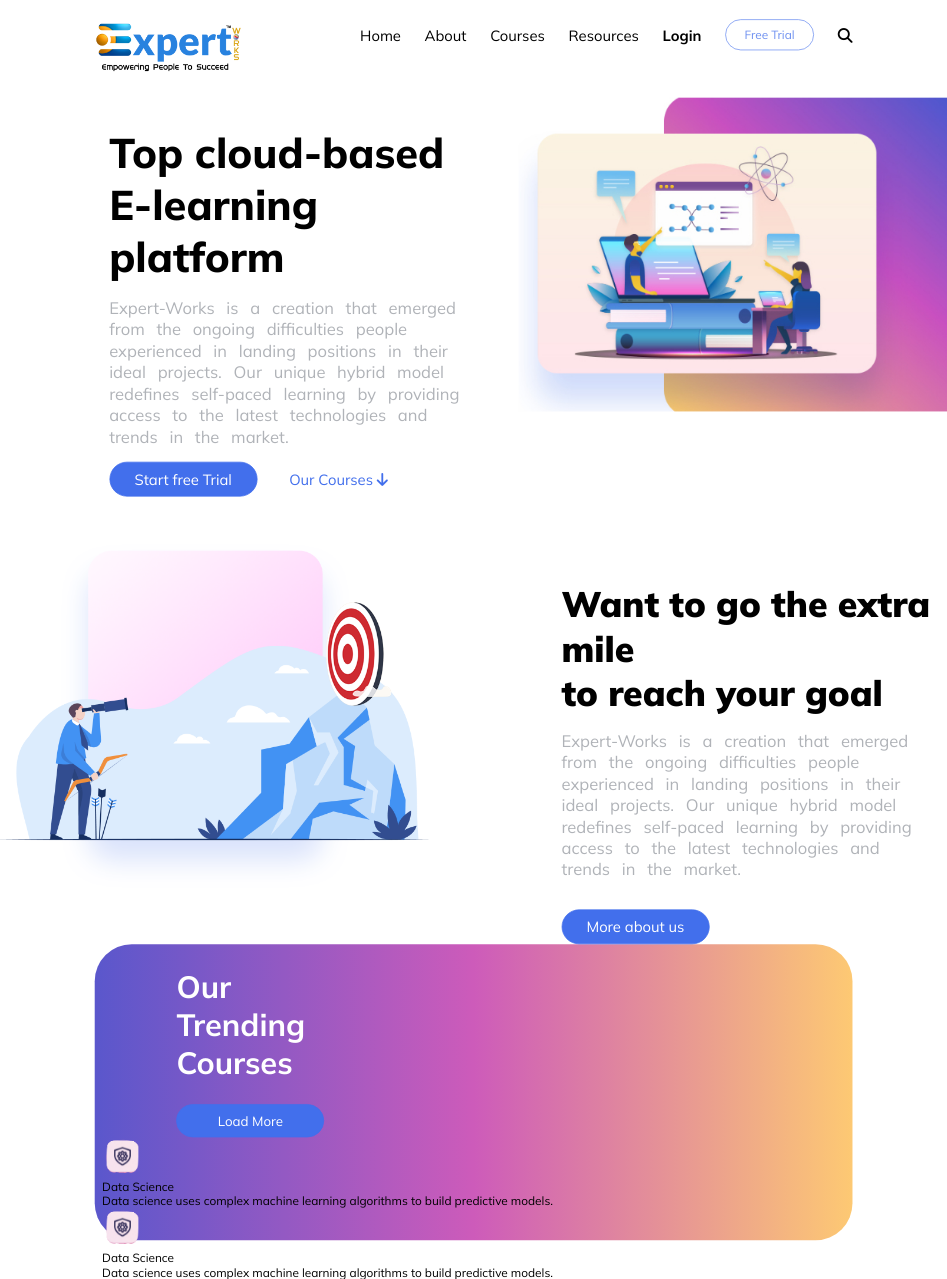
Repository: FlyweisReact/Raghu-B2C
Page: /homePage
These files come from the project's save history. The page is drawn as it stood at one moment and after the next save; the edit follows.
The browser window is 1280 px wide. The pictures show the whole page, at 74% of full size.
Some web libraries are served in a nearby version. The project was rebuilt for these pictures with package versions that can differ from the ones it lists, and the page was loaded fresh each time. Also part of the build but not shown: src/Footer/footer.scss, src/Footer/Footer.jsx, src/component/pages/courses/course.scss, src/component/Navbar/nav.scss, src/component/Navbar/Nav.jsx, src/component/navigation/NavItems.js, src/component/navigation/Dropdown.css, src/component/navigation/Dropdown.js and 43 more.

Above is the page before, as saved 2023-02-03 16:06:12.

### public/index.html
<!DOCTYPE html>
<html lang="en">
  <head>
    <meta charset="utf-8" />
    <link rel="icon" href="%PUBLIC_URL%/favicon.ico" />
    <meta name="viewport" content="width=device-width, initial-scale=1" />
    <meta name="theme-color" content="#000000" />
    <meta
      name="description"
      content="Web site created using create-react-app"
    />
    <link rel="apple-touch-icon" href="%PUBLIC_URL%/logo192.png" />
    <link href="https://fonts.googleapis.com/css2?family=Mulish:ital,wght@0,200;0,300;0,400;0,500;0,600;0,700;0,800;0,900;1,200;1,300;1,400;1,500;1,600;1,700;1,800&display=swap" rel="stylesheet">
    <link rel="manifest" href="%PUBLIC_URL%/manifest.json" />
    <title>Educational Web</title>
  </head>
  <body>
    <noscript>You need to enable JavaScript to run this app.</noscript>
    <div id="root"></div>
    <script src="https://kit.fontawesome.com/b533b351e4.js" crossorigin="anonymous"></script>
  </body>
</html>

### src/index.js
/** @format */

import React from "react";
import ReactDOM from "react-dom";
import { BrowserRouter } from "react-router-dom";
import App from "./App";

ReactDOM.render(
  <React.StrictMode>
    <BrowserRouter>
      <App />
    </BrowserRouter>
  </React.StrictMode>,
  document.getElementById("root")
);

### src/App.js
/** @format */

import { Routes, Route } from "react-router-dom";
import "./App.css";
import "./component/common.scss";
import Courses from "./component/pages/courses/Courses";
import Home from "./component/Home";
import Programs from "./component/pages/Programs/Programs";
import Login from "./component/pages/LoginPage/Login";
import CreateAccount from "./component/pages/CreateAccount/CreateAccount";
import UsertakenCourses from "./component/pages/UserTakenCourses/UsertakenCourses";
import ExploreMore from "./component/pages/morecourses/ExploreMore";
import Forgot from "./component/pages/forgotPassword/Forgot";
import OTP from "./component/pages/otp/OTP";
import Reset from "./component/pages/reset/Reset";
import ViewCourses from "./component/pages/viewCourses/ViewCourses";
import SignUpOtp from "./component/pages/signUpOtp/SignUpOtp"
import MyCourse from "./component/pages/Mycourse/MyCourse";
import MyCourseDesc from "./component/pages/Mycourse/MyCourseDesc";
import FreeTrial from "./component/pages/FreeTrial/FreeTrial";
import Subscription from "./component/pages/FreeTrial/Subscription";
import Billing from "./component/pages/FreeTrial/Billing";
import ThankYOu from "./component/pages/FreeTrial/ThankYOu";
import HomePage from "./HomePage";

function App() {
  const user = false;

  return (
    <div className="App">
      <Routes>
        <Route exect path="/" element={<Login />} />
        <Route exect path="/emailVerify" element={<Forgot />} />
        <Route exect path="/otp" element={<OTP />} />
        <Route exect path="/reset" element={<Reset />} />
        <Route exect path="/cources" element={<Courses />} />
        <Route exect path="/viewCourses" element={<ViewCourses />} />
        <Route exect path="/program" element={<Programs />} />
        <Route exect path="/home" element={<Home user={user} />} />
        <Route exect path="/create-acount" element={<CreateAccount />} />
        <Route exect path="/signUpOtp" element={<SignUpOtp />} />
        <Route exect path="/user" element={<UsertakenCourses />} />
        <Route exect path="/explore" element={<ExploreMore />} />
        <Route exect path="/myCourse" element={<MyCourse />} />
        <Route exect path="/myCourse/:id" element={<MyCourseDesc />} />
        <Route  exect path="/trial" element={<FreeTrial />} />
        <Route  exect path="/subscription" element={<Subscription />} />
        <Route  exect path="/billing" element={<Billing />} />
        <Route  exect path="/thank" element={<ThankYOu />} />
        <Route  exect path="/homePage" element={<HomePage />} />





      </Routes>
    </div>
  );
}

export default App;

### src/App.css
*{
  margin: 0;
  padding: 0;
  box-sizing: border-box;
  font-family: 'Mulish', sans-serif;
}
.hello{
  color:#7ABCFF;
color:  #3284D6;
color:  #D1E8FF;

}

### src/component/common.scss
.links{
    text-decoration: none;
    color: #fff;
    overflow-x: hidden;
}

*{
    // overflow-x: hidden;
    scroll-behavior: smooth;
}

### src/HomePage.js
/** @format */

import React from "react";
import "./HomePage.css";
// Images
import img from "./images/logo.png";
import img1 from './images/1st image.png'
import img2 from './images/2nd image.png'
import img3 from './images/Home.png'
import img4 from './images/icon.png'


const HomePage = () => {
  return (
    <>
      <div className="HomeNewnav">
        <div className="left">
          <img src={img} alt="" />
        </div>
        <div className="right">
          <ul>
            <li>Home</li>
            <li>About </li>
            <li>Courses</li>
            <li>Resources</li>
            <li style={{ fontWeight: "bold" }}>Login</li>
            <button>Free Trial</button>
            <li>
              <i class="fa-solid fa-magnifying-glass"></i>
            </li>
          </ul>
        </div>
      </div>

      <div className="mainSecTwo">
        <div className="left">
          <p className="head">
            Top cloud-based <br /> E-learning platform{" "}
          </p>
          <p className="desc">
            Expert-Works is a creation that emerged from the ongoing
            difficulties people experienced in landing positions in their ideal
            projects. Our unique hybrid model redefines self-paced learning by
            providing access to the latest technologies and trends in the
            market.
          </p>
          <div className="btns">
            <button
              style={{
                backgroundColor: "#426fec",
                color: "#fff",
                width: "200px",
                border: "1px solid #426fec",
                fontSize: "20px",
                borderRadius: "50px",
                padding: "10px",
              }}
            >
              Start free Trial
            </button>
            <button
              style={{
                backgroundColor: "#fff",
                color: "#426fec",
                width: "200px",
                border: "none",
                fontSize: "20px",
                borderRadius: "50px",
                padding: "10px",
              }}
            >
              Our Courses <i class="fa-solid fa-arrow-down"></i>
            </button>
          </div>
        </div>
        <div className="right">
          <img
            src={img3}
            alt=""
          />
        </div>
      </div>

      <div className="mainSecTwo2">
        <div className="left">
          <img
            src={img2}
            alt=""
          />
        </div>
        <div className="right">
          <p className="head">
            Want to go the extra mile <br />
            to reach your goal
          </p>
          <p className="desc">
            Expert-Works is a creation that emerged from the ongoing
            difficulties people experienced in landing positions in their ideal
            projects. Our unique hybrid model redefines self-paced learning by
            providing access to the latest technologies and trends in the
            market.
          </p>
          <div className="btns">
            <button
              style={{
                backgroundColor: "#426fec",
                color: "#fff",
                width: "200px",
                border: "1px solid #426fec",
                fontSize: "20px",
                borderRadius: "50px",
                padding: "10px",
              }}
            >
              More about us
            </button>
          </div>
        </div>
      </div>

      <div className="centerMainDiv">
        <div className="left">
          <p className="head">
            Our <br /> Trending <br /> Courses
          </p>{" "}
          <button
            style={{
              backgroundColor: "#426fec",
              color: "#fff",
              width: "200px",
              border: "1px solid #426fec",
              fontSize: "18px",
              borderRadius: "50px",
              padding: "10px",
              marginTop : '30px'
            }}
          >
           Load More
          </button>
        </div>
        <div className="right">
            <div className="group">
                <div>
                    <img src={img4} alt='' />
                    <p className="head">Data Science</p>
                    <p className="desc">Data science uses complex machine learning algorithms to build predictive models.</p>
                </div>
                <div>
                    <img src={img4} alt='' />
                    <p className="head">Data Science</p>
                    <p className="desc">Data science uses complex machine learning algorithms to build predictive models.</p>
                </div>
            </div>
        </div>
      </div>
    </>
  );
};

export default HomePage;

### src/HomePage.css
/** @format */

.HomeNewnav {
  display: flex;
  justify-content: space-between;
  width: 80%;
  margin-left: 10%;
  margin-top: 2%;
}
.HomeNewnav .left img {
  width: 200px;
}
.HomeNewnav .right ul {
  display: flex;
  gap: 2rem;
}
.HomeNewnav .right ul li {
  list-style: none;
  font-size: 20px;
  margin-top: 10px;
}
.HomeNewnav .right ul button {
  width: 120px;
  font-size: 16px;
  margin-top: 0;
  border: 1px solid #6e90f0;
  color: #6e90f0;
  background-color: #fff;

  padding: 10px;
  border-radius: 50px;
}
.HomeNewnav .right ul li:hover {
  color: #6e90f0;
  cursor: pointer;
}

.mainSecTwo {
  display: flex;
  margin-top: 2%;
  gap: 2rem;
  justify-content: space-between;
}
.mainSecTwo .left {
  width: 50%;
  margin-left: 7%;
  margin-top: 3%;
}
.mainSecTwo .right {
  width: 50%;
}
.mainSecTwo .right img {
  width: 100%;
}
.mainSecTwo .left .head {
  font-size: 3.5rem;
  font-weight: 800;
  margin-left: 10%;
}
.mainSecTwo .left .desc {
  width: 500px;
  word-spacing: 10px;
  font-size: 1.4rem;
  margin-top: 20px;
  margin-left: 10%;
  color: #b0b3b8;
}
.mainSecTwo .left .btns {
  display: flex;
  gap: 10px;
  margin-left: 10%;
  margin-top: 20px;
}

.mainSecTwo2 {
  display: flex;
  margin-top: 5%;
  gap: 2rem;
  justify-content: space-between;
}
.mainSecTwo2 .right {
  width: 50%;
  margin-top: 4%;
  margin-left: 7%;
}
.mainSecTwo2 .left {
  width: 50%;
}
.mainSecTwo2 .left img {
  width: 100%;
}
.mainSecTwo2 .right .head {
  font-size: 3rem;
  font-weight: 900;
  margin-left: 10%;
}
.mainSecTwo2 .right .desc {
  width: 500px;
  word-spacing: 10px;
  font-size: 1.4rem;
  margin-top: 20px;
  margin-left: 10%;
  color: #b0b3b8;
}
.mainSecTwo2 .right .btns {
  display: flex;
  gap: 10px;
  margin-left: 10%;
  margin-top: 40px;
}

.centerMainDiv {
  width: 80%;
  height: 400px;
  background-image: linear-gradient(to right, #5a57cc, #cd5bba, #fdc973);
  margin: auto;
  border-radius: 50px;
  padding: 10px;
}
.centerMainDiv .left {
    margin-top: 2%;
    color: #fff;
    font-size: 2.6rem;
    font-weight: bold;
    margin-left: 10%;
}

Loaded but not shown: src/component/pages/viewCourses/viewCourses.css (no stored copy; drawn as an empty file)

After the next save:
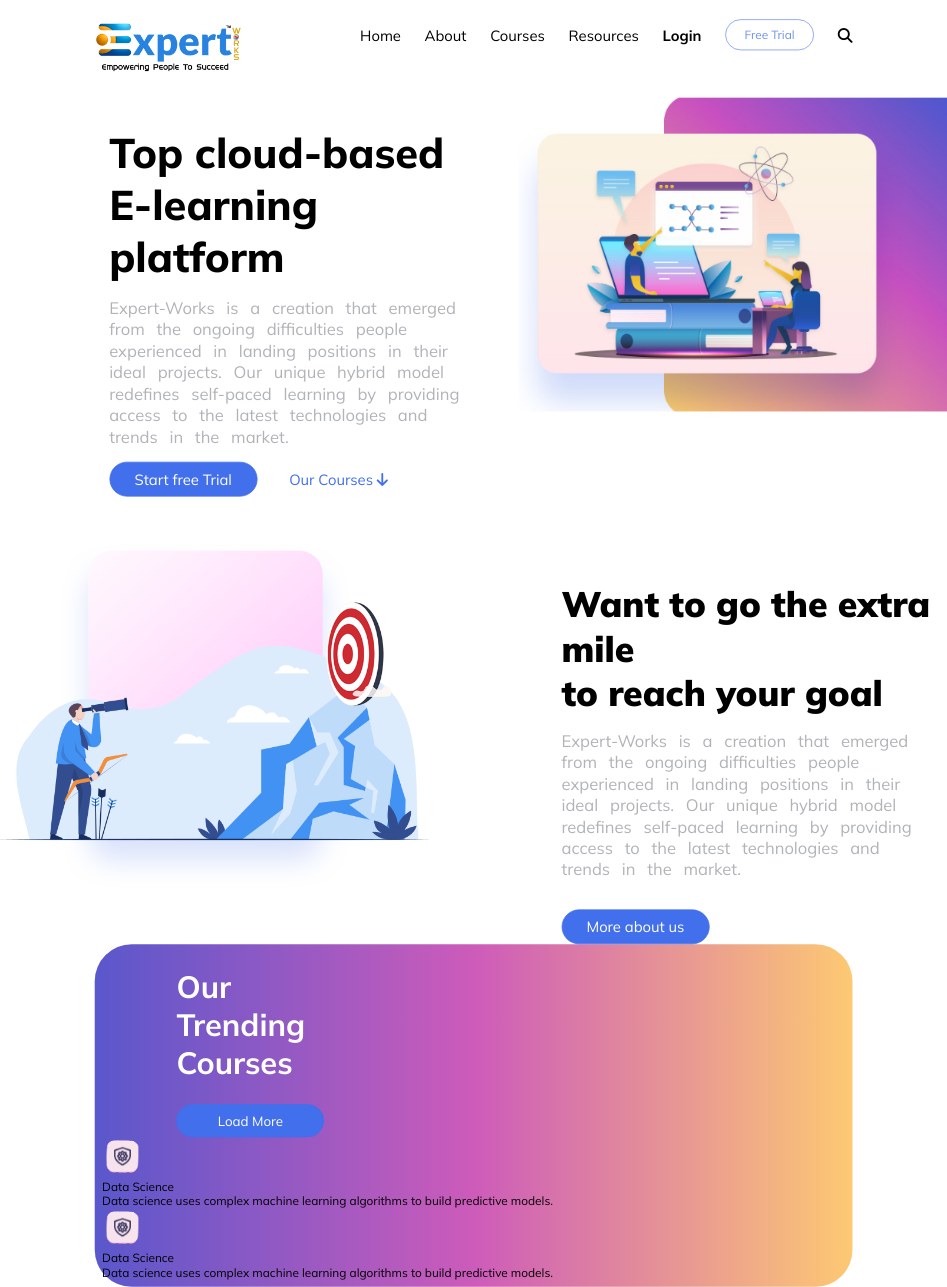
Saved 10 s later.
--- a/src/HomePage.css
+++ b/src/HomePage.css
@@ -111,7 +111,6 @@
 
 .centerMainDiv {
   width: 80%;
-  height: 400px;
   background-image: linear-gradient(to right, #5a57cc, #cd5bba, #fdc973);
   margin: auto;
   border-radius: 50px;
